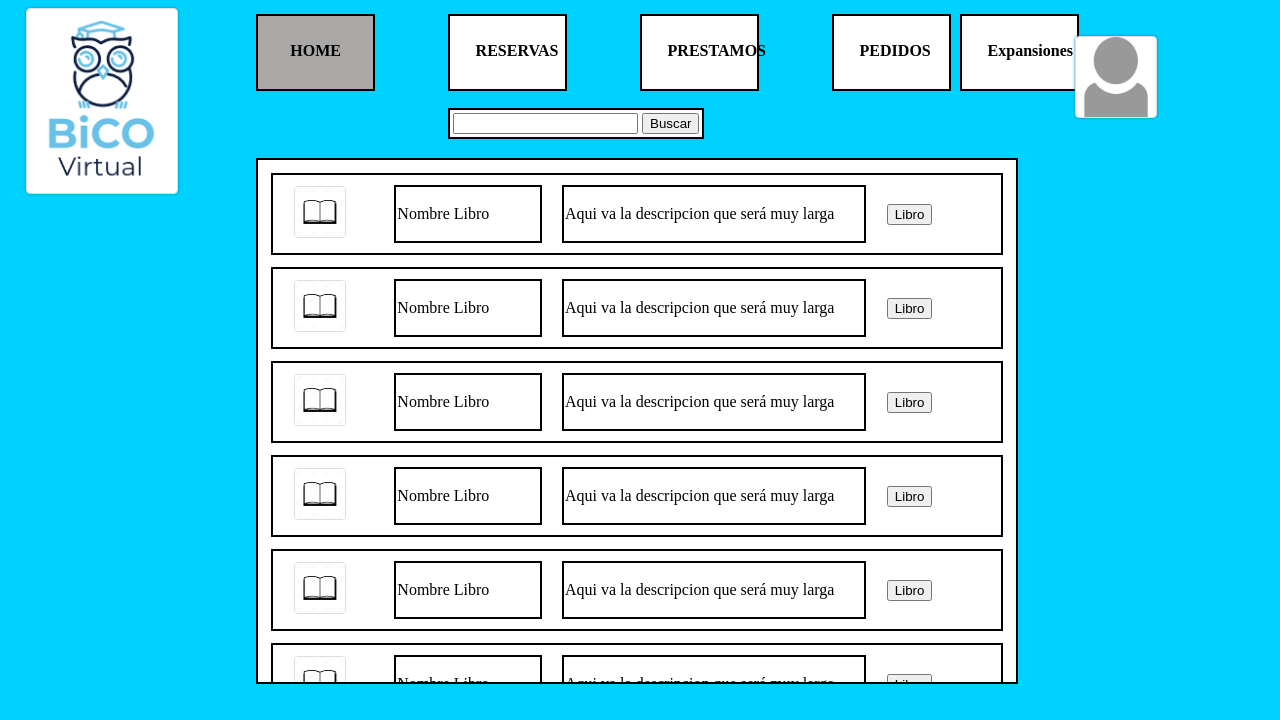
Repository: i72frpeu/IW_Bien
Page: http://localhost/Trabajo_IW/Home (Admin).jsp
These files come from the project's save history. The page is drawn as it stood at one moment and after the next save; the edit follows.
The browser window is 1280 px wide. The pictures show the whole page.
An inner scrolling area shows only its first screen. The page is served by Tomcat 9.

Above is the page before, as saved 2020-05-19 13:09:56.

After the next save:
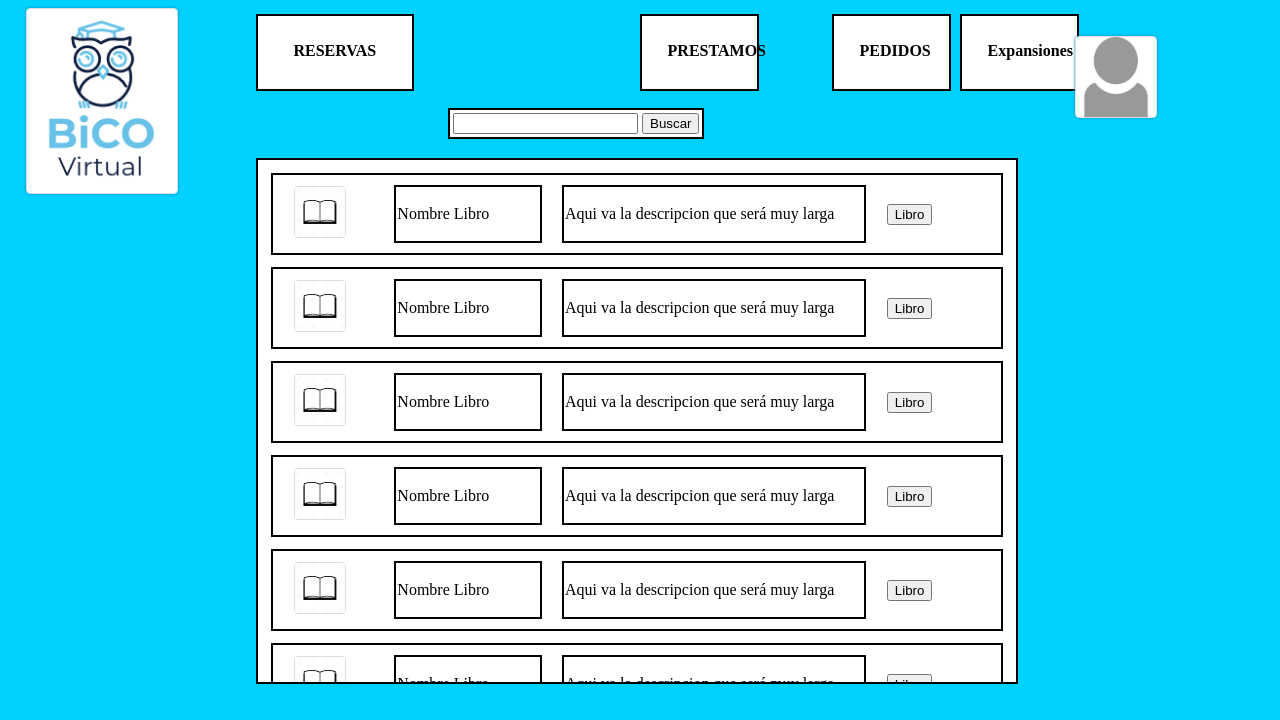
Saved 42 s later.
--- a/WorkSpace/Trabajo IW/WebContent/CSS/headeradmin.css
+++ b/WorkSpace/Trabajo IW/WebContent/CSS/headeradmin.css
@@ -58,9 +58,9 @@ body
 	color: black;
 	text-decoration: none;
 	padding: 2%;
-	left: 35%;
-	top:2%;
-	width: 5%;
+	left: 20%;
+	top:2%;
+	width: 8%;
 	height: 3%;
 	text-align: center;
 	position: fixed;
